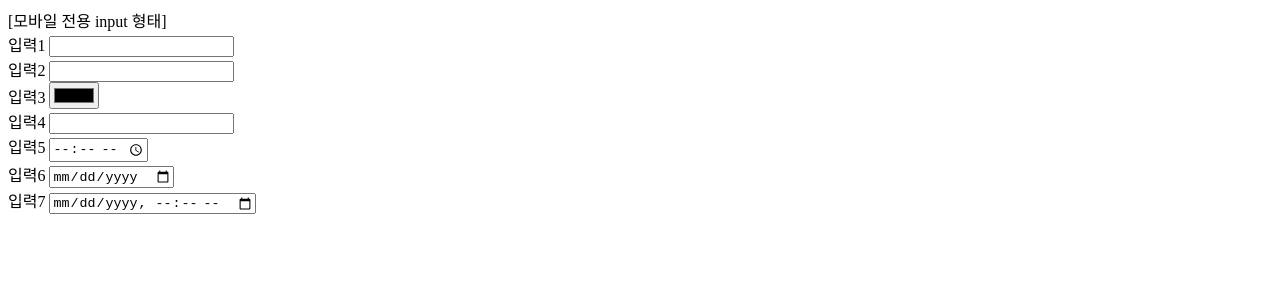
Repository: mnemion/BackendClass
Page: web/src/main/webapp/m/index.html
These files come from the project's save history. The page is drawn as it stood at one moment and after the next save; the edit follows.
The browser window is 1280 px wide. The pictures show the whole page.

Above is the page before, as saved 2023-08-31 05:48:53.

After the next save:
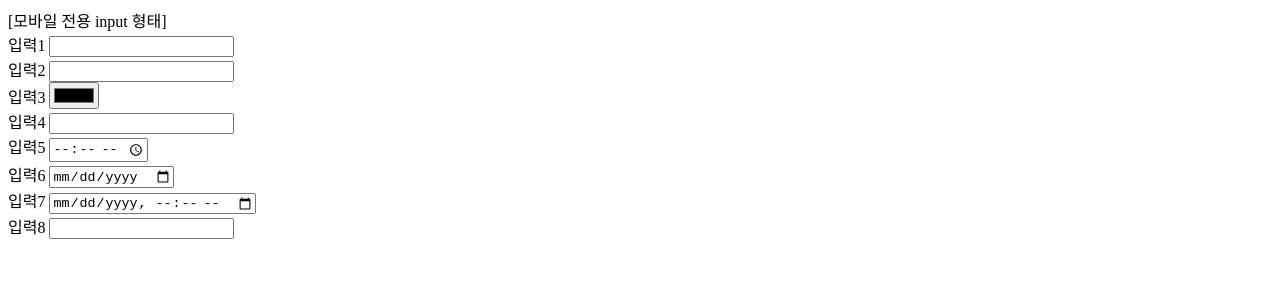
Saved 13 s later.
--- a/web/src/main/webapp/m/index.html
+++ b/web/src/main/webapp/m/index.html
@@ -14,5 +14,6 @@
 입력5 <input type="time"><br>		<!-- 시간선택 (P, M) -->
 입력6 <input type="date"><br>		<!-- 날짜선택 (P, M) -->
 입력7 <input type="datetime-local"><br>	<!-- 날짜, 시간 동시에 입력 (P, M) -->
+입력8 <input type="datetime"><br>
 </body>
 </html>
